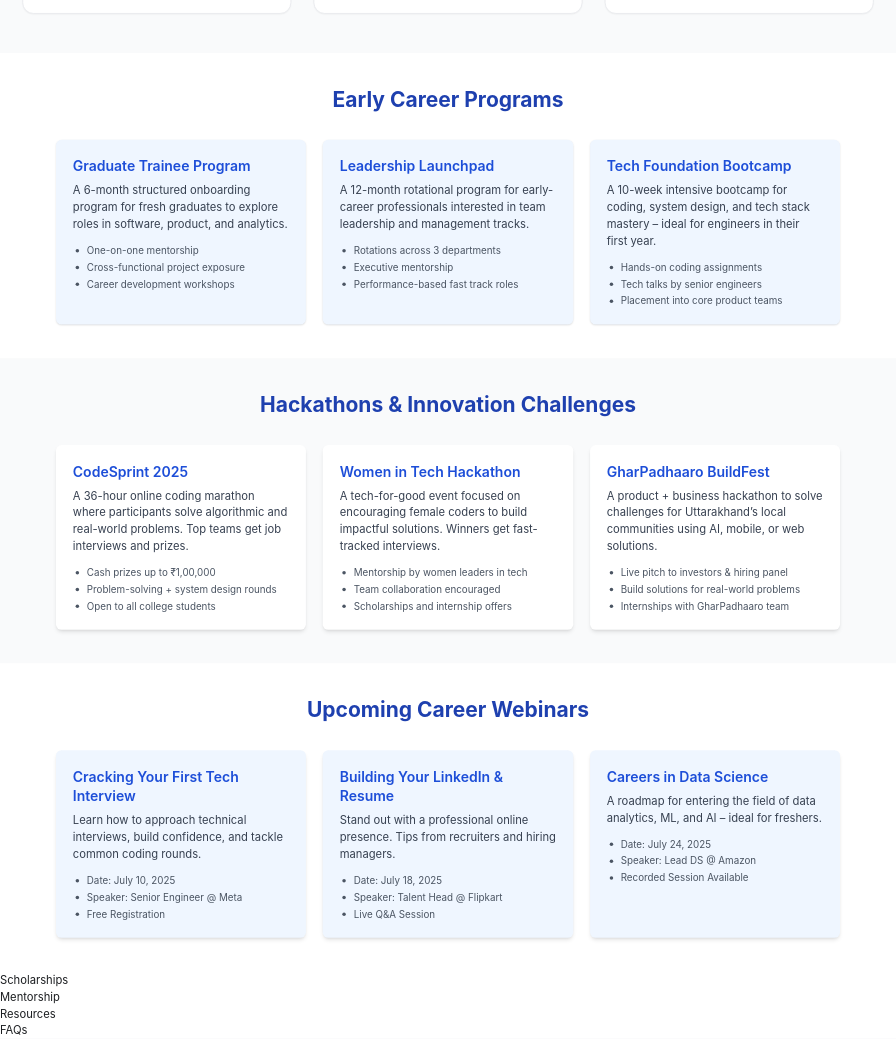
Repository: Siddharthkothiyal/GharPadhaaroCareerWebsite
Page: /students
An editor plug-in stored every save of this project. The page is shown before and after the next save, followed by the edit.
The browser window is 1280 px wide. The pictures show the part of the page from y = 1964 to 3884 px (the page is 3448 px tall before and 3884 px after), at 70% of full size.
The project was rebuilt for these pictures with package versions that can differ from the ones it lists, and the page was loaded fresh each time. Also part of the build but not shown: src/components/CareerPortal/JobListing/JobListings.css, src/components/CareerPortal/JobListing/JobListings.js, src/components/CareerPortal/Header.css, src/components/CareerPortal/ResumeUpload.css, src/components/CareerPortal/ResumeUpload.js, src/components/CareerPortal/Header.js, src/components/CareerPortal/JobListing/JobSearch.css, src/components/CareerPortal/JobListing/JobSearch.js and 10 more.

Above is the page before, as saved 2025-06-21 20:36:40.

### public/index.html
<!DOCTYPE html>
<html lang="en">

<head>
  <meta charset="utf-8" />
  <link rel="icon" href="%PUBLIC_URL%/favicon.ico" />
  <meta name="viewport" content="width=device-width, initial-scale=1" />
  <meta name="theme-color" content="#000000" />
  <meta name="description" content="GharPadharo - Find your perfect stay" />

  <!-- Font Awesome CDN (latest) -->
  <link rel="stylesheet" href="https://cdnjs.cloudflare.com/ajax/libs/font-awesome/6.5.2/css/all.min.css"
    integrity="sha512-SnH5WK+bZxgPHs44uWIX+LLJAJ9/2PkPKZ5QiAj6Ta86w+fsb2TkcmfRyVX3pBnMFcV7oQPJkl9QevSCWr3W6A=="
    crossorigin="anonymous" referrerpolicy="no-referrer" />

  <link rel="apple-touch-icon" href="%PUBLIC_URL%/logo192.png" />
  <title>GharPadharo</title>
</head>

<body>
  <noscript>You need to enable JavaScript to run this app.</noscript>
  <div id="root"></div>
  <!--
      This HTML file is a template.
      If you open it directly in the browser, you will see an empty page.

      You can add webfonts, meta tags, or analytics to this file.
      The build step will place the bundled scripts into the <body> tag.

      To begin the development, run `npm start` or `yarn start`.
      To create a production bundle, use `npm run build` or `yarn build`.
    -->
</body>

</html>

### src/index.css
@tailwind base;
@tailwind components;
@tailwind utilities;

/* You can keep your custom CSS below if needed */

body {
  margin: 0;
  font-family: -apple-system, BlinkMacSystemFont, 'Segoe UI', 'Roboto', 'Oxygen',
    'Ubuntu', 'Cantarell', 'Fira Sans', 'Droid Sans', 'Helvetica Neue',
    sans-serif;
  -webkit-font-smoothing: antialiased;
  -moz-osx-font-smoothing: grayscale;
}

code {
  font-family: source-code-pro, Menlo, Monaco, Consolas, 'Courier New',
    monospace;
}

### src/App.js
import React from 'react';

import { BrowserRouter as Router, Routes, Route } from 'react-router-dom';
import JobListings from './components/CareerPortal/JobListing/JobListings';

import './App.css';
import CareerPortal from './components/CareerPortal';
import Login from './components/Auth/Login';
import Signup from './components/Auth/Signup';
import LandingPage from './components/LandingPage/LandingPage';



import StudentsPage from './components/CareerPortal/StudentsPage/StudentsPage';

// import JobCategory from './components/CareerPortal/JobListing/JobCategory';
// import JobLocation from './components/CareerPortal/JobListing/JobLocation';



function App() {
  return (
    <Router>
      <div className="App">


        <Routes>
          <Route path="/" element={<LandingPage />} />
          <Route path="/careers" element={<CareerPortal />} />
          <Route path="/login" element={<Login />} />
          <Route path="/signup" element={<Signup />} />

          {/* <Route path="/jobs/:category" element={<JobCategory />} />
          <Route path="/jobs/location/:location" element={<JobLocation />} /> */}
          <Route path="/students" element={<StudentsPage />} />
          <Route path="/job-listings" element={<JobListings />} />




        </Routes>
      </div>
    </Router>
  );
}

export default App;

### src/components/CareerPortal/StudentsPage/StudentsPage.js
import React from "react";
import { Element } from "react-scroll";

import Internships from "./sections/Internships";
import FreshersJob from "./sections/FreshersJob";
import EarlyCareers from "./sections/EarlyCareers";
import Hackathon from "./sections/Hackathons";
import Webinars from "./sections/Webinars";
import Scholarships from "./sections/Scholarships";
import Mentorship from "./sections/Mentorship";
import Resources from "./sections/Resources";
import FAQs from "./sections/FAQs";

const StudentsPage = () => {
  return (
    <div className="bg-white">
      {/* Page Header */}
      <section className="bg-blue-700 text-white py-10">
        <div className="max-w-6xl mx-auto text-center px-4">
          <h1 className="text-4xl font-bold">Opportunities for Students</h1>
          <p className="mt-2 text-lg">
            Discover internships, job roles, and resources tailored for students.
          </p>
        </div>
      </section>

      {/* Internships */}
      <Element name="internships">
        <Internships />
      </Element>

      {/* Fresher Jobs */}
      <Element name="fresher-jobs">
        <FreshersJob />
      </Element>

      {/* Early Career Programs */}
      <Element name="early-careers">
        <EarlyCareers />
      </Element>

      {/* Hackathons */}
      <Element name="hackathons">
        <Hackathon />
      </Element>

      {/* Webinars */}
      <Element name="webinars">
        <Webinars />
      </Element>

      {/* Scholarships */}
      <Element name="scholarships">
        <Scholarships />
      </Element>

      {/* Mentorship */}
      <Element name="mentorship">
        <Mentorship />
      </Element>

      {/* Learning Resources */}
      <Element name="resources">
        <Resources />
      </Element>

      {/* FAQs */}
      <Element name="faqs">
        <FAQs />
      </Element>
    </div>
  );
};

export default StudentsPage;

### src/components/CareerPortal/CareerPortal.css
/* GharPadharo Career Portal Styles */
:root {
  --gharpadhaaro-blue: #0866ff;
  --gharpadhaaro-blue-dark: #0756d6;
  --gharpadhaaro-gray: #f0f2f5;
  --gharpadhaaro-text: #1c1e21;
  --gharpadhaaro-text-secondary: #65676b;
  --gharpadhaaro-white: #ffffff;
  --gharpadhaaro-border: #dadde1;
  --gharpadhaaro-success: #42b72a;
  --gharpadhaaro-error: #fa383e;
  --gharpadhaaro-shadow: rgba(0, 0, 0, 0.1);
  --gharpadhaaro-radius: 8px;
  --gharpadhaaro-transition: all 0.2s ease;
}

/* Global Styles */
.career-portal {
  font-family: 'Optimistic Display', -apple-system, BlinkMacSystemFont, 'Segoe UI', Roboto, Oxygen, Ubuntu, Cantarell, 'Open Sans', 'Helvetica Neue', sans-serif;
  color: var(--gharpadhaaro-text);
  line-height: 1.5;
  background-color: var(--gharpadhaaro-white);
}

.container {
  max-width: 1200px;
  margin: 0 auto;
  padding: 0 24px;
}

/* Hero Section */
.hero-section {
  background: linear-gradient(135deg, #0866ff 0%, #535699 100%);
  color: var(--meta-white);
  padding: 100px 0;
  text-align: center;
}

.hero-content {
  max-width: 800px;
  margin: 0 auto;
  padding: 0 24px;
}

.hero-content h1 {
  font-size: 48px;
  font-weight: 700;
  margin-bottom: 24px;
  line-height: 1.2;
}

.hero-content p {
  color: black;
  font-size: 20px;
  margin-bottom: 40px;
  margin-left: 70px;

}

/* Job Search Section */
.job-search-section {
  padding: 60px 0;
  background-color: var(--meta-white);
}

.filters-and-results {
  display: grid;
  grid-template-columns: 300px 1fr;
  gap: 30px;
}

/* Featured Teams Section */
.featured-teams-section {
  padding: 80px 0;
  background-color: var(--meta-gray);
}

.featured-teams-section h2 {
  font-size: 36px;
  font-weight: 700;
  margin-bottom: 16px;
  text-align: center;
}

.featured-teams-section p {
  font-size: 18px;
  color: var(--meta-text-secondary);
  max-width: 700px;
  margin: 0 auto 40px;
  text-align: center;
}

/* Buttons */
.btn {
  display: inline-flex;
  align-items: center;
  justify-content: center;
  padding: 12px 24px;
  border-radius: 0px;
  font-weight: 600;
  font-size: 16px;
  cursor: pointer;
  transition: var(--meta-transition);
  border: none;
}

.btn-primary {
  background-color: var(--meta-blue);
  color: var(--meta-white);
}

.btn-primary:hover {
  background-color: var(--meta-blue-dark);
}

.btn-secondary {
  background-color: var(--meta-gray);
  color: var(--meta-text);
  margin-left: 50px;
}

.btn-secondary:hover {
  background-color: #e4e6eb;
}

/* Form Elements */
.input-group {
  position: relative;
  margin-bottom: 16px;
}

.input-field {
  width: 100%;
  padding: 14px 16px;
  border-radius: var(--meta-radius);
  border: 1px solid var(--meta-border);
  font-size: 16px;
  transition: var(--meta-transition);
}

.input-field:focus {
  border-color: var(--meta-blue);
  outline: none;
  box-shadow: 0 0 0 2px rgba(8, 102, 255, 0.2);
}

/* Responsive */
@media (max-width: 992px) {
  .filters-and-results {
    grid-template-columns: 1fr;
  }

  .hero-content h1 {
    font-size: 36px;
  }

  .hero-content p {
    font-size: 18px;
  }
}

@media (max-width: 576px) {
  .hero-content h1 {
    font-size: 28px;
  }

  .hero-content p {
    font-size: 16px;
  }

  .featured-teams-section h2 {
    font-size: 28px;
  }
}

### src/components/Auth/Auth.css
/* Auth.css - Styles for Login and Signup components */

:root {
  --primary-color: #535699; /* GharPadharo blue */
  --secondary-color: #42B72A; /* GharPadharo green */
  --text-color: #1C1E21;
  --light-text: #606770;
  --error-color: #FA383E;
  --border-color: #DADDE1;
  --background-color: #F0F2F5;
  --card-background: #FFFFFF;
  --hover-color: #E7F3FF;
  --focus-shadow: 0 0 0 2px rgba(83, 86, 153, 0.2);
}

/* Auth Container */
.auth-container {
  display: flex;
  justify-content: center;
  align-items: center;
  min-height: 100vh;
  background-color: var(--background-color);
  padding: 20px;
}

/* Auth Card */
.auth-card {
  background-color: var(--card-background);
  border-radius: 8px;
  box-shadow: 0 2px 4px rgba(0, 0, 0, 0.1), 0 8px 16px rgba(0, 0, 0, 0.1);
  width: 100%;
  max-width: 400px;
  padding: 20px;
}

/* Auth Header */
.auth-header {
  text-align: center;
  margin-bottom: 20px;
}

.auth-logo {
  width: 40px;
  height: 40px;
  margin-bottom: 10px;
}

.auth-header h2 {
  font-size: 24px;
  font-weight: 600;
  color: var(--text-color);
  margin: 0;
}

.gharpadharo-logo{
  width: 60px;
  height: 60px;
}

/* Auth Form */
.auth-form {
  display: flex;
  flex-direction: column;
  gap: 16px;
}

.form-group {
  display: flex;
  flex-direction: column;
}

.form-group label {
  font-size: 14px;
  font-weight: 500;
  margin-bottom: 6px;
  color: var(--text-color);
}

.form-group input {
  padding: 12px 14px;
  border: 1px solid var(--border-color);
  border-radius: 6px;
  font-size: 16px;
  transition: border-color 0.2s, box-shadow 0.2s;
}

.form-group input:focus {
  outline: none;
  border-color: #535699;
  box-shadow: var(--focus-shadow);
}

.form-group input.error {
  border-color: var(--error-color);
}

.error-message {
  color: var(--error-color);
  font-size: 12px;
  margin-top: 4px;
}

/* Terms and Privacy */
.terms-privacy {
  font-size: 12px;
  color: 535699;
  margin-bottom: 10px;
  text-align: center;
}

.terms-privacy a {
  color: 535699;
  text-decoration: none;
}

.terms-privacy a:hover {
  text-decoration: underline;
}

/* Auth Button */
.auth-button {
  background-color: #535699;
  color: white;
  border: none;
  border-radius: 6px;
  padding: 12px;
  font-size: 16px;
  font-weight: 600;
  cursor: pointer;
  transition: background-color 0.2s;
  margin-top: 10px;
}

.auth-button:hover {
  background-color: #535699;
}

/* Auth Footer */
.auth-footer {
  margin-top: 20px;
  text-align: center;
}

.forgot-password {
  color: #535699;
  text-decoration: none;
  font-size: 14px;
  display: block;
  margin-bottom: 16px;
}

.forgot-password:hover {
  text-decoration: underline;
}

.auth-redirect {
  font-size: 14px;
  color: var(--light-text);
  margin: 0;
}

.auth-redirect a {
  color: #535699;
  text-decoration: none;
  font-weight: 500;
}

.auth-redirect a:hover {
  text-decoration: underline;
}

/* Responsive adjustments */
@media (max-width: 480px) {
  .auth-card {
    padding: 16px;
  }

  .auth-header h2 {
    font-size: 20px;
  }

  .form-group input {
    padding: 10px 12px;
    font-size: 14px;
  }

  .auth-button {
    padding: 10px;
    font-size: 14px;
  }
}

### src/components/LandingPage/LandingPage.css
/* LandingPage.css - Styles for the landing page */

:root {
  --primary-color: #535699; /* GharPadharo blue */
  --secondary-color: #42B72A; /* GharPadharo green */
  --text-color: #1C1E21;
  --light-text: #606770;
  --border-color: #DADDE1;
  --background-color: #F0F2F5;
  --card-background: #FFFFFF;
  --hover-color: #c8e4ff;
  --focus-shadow: 0 0 0 2px rgba(24, 119, 242, 0.2);
  --border-color: #blue;
  --background-color: #535699;
  --card-background: white;
  --hover-color: #E7F3FF;
  --focus-shadow: 0 0 0 2px rgba(83, 86, 153, 0.2);
}
/* General Styles */
.landing-page {
  font-family: 'Segoe UI', 'Helvetica Neue', sans-serif;
  color: var(--text-color);
  line-height: 1.5;
}

.container {
  max-width: 1200px;
  margin: 0 auto;
  padding: 0 20px;
}

section {
  padding: 60px 0;
}

h1, h2, h3, h4 {
  margin-top: 0;
  font-weight: 600;
}

h1 {
  font-size: 3rem;
  line-height: 1.2;
  margin-bottom: 20px;
}

h2 {
  font-size: 2.25rem;
  margin-bottom: 30px;
  text-align: center;
}

h3 {
  font-size: 1.5rem;
  margin-bottom: 15px;
}

p {
  margin-bottom: 20px;
}

.btn {
  display: inline-block;
  padding: 12px 24px;
  border-radius: 6px;
  font-weight: 600;
  text-decoration: none;
  text-align: center;
  cursor: pointer;
  transition: all 0.2s ease;
  margin-right: 12px;
  margin-bottom: 12px;
}

.btn-primary {
  background-color:  #0CAFFF;
  color: white;
  border: none;
}

.btn-primary:hover {
  background-color: whitesmoke;
  color: black;
}

.btn-secondary {
  background-color: var(--secondary-color);
  color: white;
  border: none;
}

.btn-secondary:hover {
  background-color: whitesmoke;
  color: black;
}

.btn-outline {
  background-color: white;
  color: black;
  border: white;
}

.btn-outline:hover {
  background-color: #0CAFFF;
  color: black;
}

/* Hero Section */
.hero {
  background-color: var(--background-color);
  padding: 80px 0;
}

.hero .container {
  display: flex;
  align-items: center;
  justify-content: space-between;
  gap: 40px;
}

.hero-content {
  flex: 1;
}

.hero-content p {
  font-size: 1.25rem;
  color: 535699;
  margin-bottom: 30px;
  max-width: 900px;
  margin-left: 8.5px;
}

.hero-buttons {
  display: flex;
  flex-wrap: wrap;
}

.hero-image {
  flex: 1;
  display: flex;
  justify-content: center;
  align-items: center;
}

.image-placeholder {
  background-color: 535699;
  border-radius: 12px;
  padding: 20px;
  display: flex;
  justify-content: center;
  align-items: center;
}


/* Features Section */
.features {
  background-color: white;
}

.features-grid {
  display: grid;
  grid-template-columns: repeat(auto-fit, minmax(250px, 1fr));
  gap: 30px;
  margin-top: 40px;
}

.feature-card {
  background-color: var(--card-background);
  border-radius: 12px;
  padding: 30px;
  box-shadow: 0 2px 4px rgba(0, 0, 0, 0.05);
  transition: transform 0.3s ease, box-shadow 0.3s ease;
}

.feature-card:hover {
  transform: scale(1.05);
  box-shadow: 0 10px 20px rgba(0, 0, 0, 0.1);
}

.feature-icon {
  margin-bottom: 20px;
}

.feature-card h3 {
  color: var(--text-color);
}

.feature-card p {
  color: var(--light-text);
  margin-bottom: 0;
}

/* Teams Section */
.teams-section {
  background-color: var(--background-color);
}

.section-description {
  text-align: center;
  max-width: 700px;
  margin: 0 auto 40px;
  color:white;
  font-size: 1.1rem;
}

.teams-carousel {
  display: grid;
  grid-template-columns: repeat(auto-fit, minmax(250px, 1fr));
  gap: 20px;
  margin-top: 30px;
}

.team-item {
  background-color: white;
  border-radius: 8px;
  padding: 25px;
  box-shadow: 0 2px 4px rgba(0, 0, 0, 0.05);
  transition: transform 0.3s ease;
}

.team-item:hover {
  transform: translateY(-5px);
}

.team-item h3 {
  color: var(--primary-color);
  margin-bottom: 10px;
}

.team-item p {
  color: var(--light-text);
  margin-bottom: 15px;
}

.team-link {
  color: var(--primary-color);
  text-decoration: none;
  font-weight: 600;
  display: inline-flex;
  align-items: center;
}

.team-link span {
  margin-left: 5px;
  transition: transform 0.2s ease;
}

.team-link:hover span {
  transform: translateX(3px);
}

/* Testimonials Section */
.testimonials {
  background-color: white;
}

.testimonial-card {
  max-width: 800px;
  margin: 0 auto;
  background-color: var(--card-background);
  border-radius: 12px;
  padding: 40px;
  box-shadow: 0 4px 12px rgba(0, 0, 0, 0.08);
  position: relative;
}

.quote-mark {
  font-size: 60px;
  color: var(--primary-color);
  opacity: 0.2;
  position: absolute;
  top: 20px;
  left: 20px;
  line-height: 1;
}

.testimonial-text {
  font-size: 1.25rem;
  line-height: 1.6;
  margin-bottom: 30px;
  position: relative;
  z-index: 1;
}

.testimonial-author {
  display: flex;
  align-items: center;
}

.author-avatar {
  width: 50px;
  height: 50px;
  border-radius: 50%;
  background-color: var(--primary-color);
  margin-right: 15px;
}

.author-info h4 {
  margin: 0;
  font-size: 1.1rem;
}

.author-info p {
  margin: 5px 0 0;
  color: var(--light-text);
  font-size: 0.9rem;
}

/* CTA Section */
.cta-section {
  background-color: var(--primary-color);
  color: white;
  text-align: center;
  padding: 80px 0;
}

.cta-section h2 {
  color: white;
  margin-bottom: 15px;
}

.cta-section p {
  color: rgba(255, 255, 255, 0.9);
  font-size: 1.2rem;
  margin-bottom: 30px;
  max-width: 700px;
  margin-left: auto;
  margin-right: auto;
}

.cta-buttons {
  display: flex;
  justify-content: center;
  flex-wrap: wrap;
  gap: 15px;
}

.cta-section .btn-primary {
  background-color: #42B72A;
  color:black;
}

.cta-section .btn-primary:hover {
  background-color: #f5f5f5;
}

.cta-section .btn-secondary {
  background-color: transparent;
  color: white;
  border: 1px solid white;
}

.cta-section .btn-secondary:hover {
  background-color: rgba(255, 255, 255, 0.1);
}

/* Responsive Styles */
@media (max-width: 992px) {
  h1 {
    font-size: 2.5rem;
  }

  h2 {
    font-size: 2rem;
  }

  .hero .container {
    flex-direction: column;
  }

  .hero-content, .hero-image {
    flex: none;
    width: 100%;
    text-align: center;
  }

  .hero-content p {
    margin-left: auto;
    margin-right: auto;
  }

  .hero-buttons {
    justify-content: center;
  }
}

@media (max-width: 768px) {
  section {
    padding: 40px 0;
  }

  h1 {
    font-size: 2rem;
  }

  h2 {
    font-size: 1.75rem;
  }

  .features-grid, .teams-carousel {
    grid-template-columns: 1fr;
  }

  .testimonial-card {
    padding: 30px 20px;
  }

  .testimonial-text {
    font-size: 1.1rem;
  }
}

### src/components/CareerPortal/StudentsPage/sections/Scholarships.js
import React from 'react';
function Scholarships() {
    return (
        <div>
            Scholarships
        </div>
     );
}

export default Scholarships;

### src/components/CareerPortal/StudentsPage/sections/Mentorship.js
import React from 'react';
function Mentorship() {
    return (
        <div>
            Mentorship
        </div>
     );
}

export default Mentorship;

### src/components/CareerPortal/StudentsPage/sections/Resources.js
import React from 'react';
function Resources() {
    return (
        <div>Resources</div>
     );
}

export default Resources;

### src/components/CareerPortal/StudentsPage/sections/FAQs.js
import React from 'react';
function FAQs() {
    return (
        <div>  FAQs</div>
     );
}

export default FAQs;

Loaded but not shown: src/index.js (common file); src/reportWebVitals.js (common file); src/App.css (common file); tailwind.config.js (common file); src/components/CareerPortal/StudentsPage/sections/Internships.js (102 lines, source omitted); src/components/CareerPortal/StudentsPage/sections/FreshersJob.js (102 lines, source omitted); src/components/CareerPortal/StudentsPage/sections/Hackathons.js (62 lines, source omitted); src/components/CareerPortal/StudentsPage/sections/EarlyCareers.js (62 lines, source omitted); src/components/CareerPortal/StudentsPage/sections/Webinars.js (62 lines, source omitted)

After the next save:
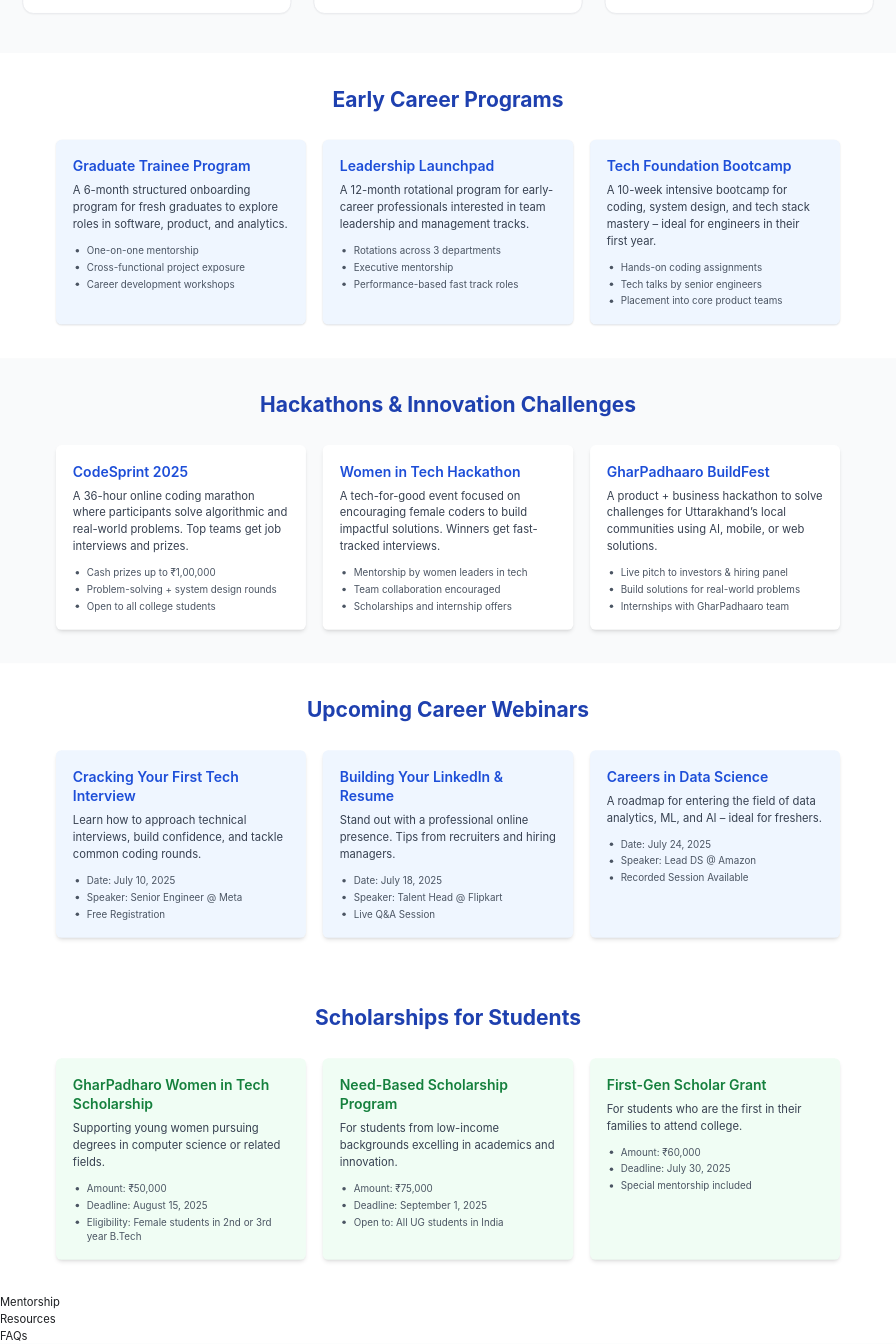
Saved 60 s later.
--- a/src/components/CareerPortal/StudentsPage/sections/Scholarships.js
+++ b/src/components/CareerPortal/StudentsPage/sections/Scholarships.js
@@ -1,10 +1,62 @@
-import React from 'react';
-function Scholarships() {
-    return (
-        <div>
-            Scholarships
+import React from "react";
+
+const Scholarships = () => {
+  return (
+    <section className="py-12 bg-white">
+      <div className="max-w-6xl mx-auto px-4">
+        <h2 className="text-3xl font-bold text-center text-blue-800 mb-10">
+          Scholarships for Students
+        </h2>
+
+        <div className="grid md:grid-cols-3 gap-6">
+          {/* Scholarship 1 */}
+          <div className="bg-green-50 rounded-lg shadow-md p-6 hover:shadow-lg transition">
+            <h3 className="text-xl font-semibold text-green-700 mb-2">
+              GharPadharo Women in Tech Scholarship
+            </h3>
+            <p className="text-gray-700 mb-4">
+              Supporting young women pursuing degrees in computer science or related fields.
+            </p>
+            <ul className="text-sm text-gray-600 list-disc pl-5 space-y-1">
+              <li>Amount: ₹50,000</li>
+              <li>Deadline: August 15, 2025</li>
+              <li>Eligibility: Female students in 2nd or 3rd year B.Tech</li>
+            </ul>
+          </div>
+
+          {/* Scholarship 2 */}
+          <div className="bg-green-50 rounded-lg shadow-md p-6 hover:shadow-lg transition">
+            <h3 className="text-xl font-semibold text-green-700 mb-2">
+              Need-Based Scholarship Program
+            </h3>
+            <p className="text-gray-700 mb-4">
+              For students from low-income backgrounds excelling in academics and innovation.
+            </p>
+            <ul className="text-sm text-gray-600 list-disc pl-5 space-y-1">
+              <li>Amount: ₹75,000</li>
+              <li>Deadline: September 1, 2025</li>
+              <li>Open to: All UG students in India</li>
+            </ul>
+          </div>
+
+          {/* Scholarship 3 */}
+          <div className="bg-green-50 rounded-lg shadow-md p-6 hover:shadow-lg transition">
+            <h3 className="text-xl font-semibold text-green-700 mb-2">
+              First-Gen Scholar Grant
+            </h3>
+            <p className="text-gray-700 mb-4">
+              For students who are the first in their families to attend college.
+            </p>
+            <ul className="text-sm text-gray-600 list-disc pl-5 space-y-1">
+              <li>Amount: ₹60,000</li>
+              <li>Deadline: July 30, 2025</li>
+              <li>Special mentorship included</li>
+            </ul>
+          </div>
         </div>
-     );
-}
+      </div>
+    </section>
+  );
+};
 
 export default Scholarships;
